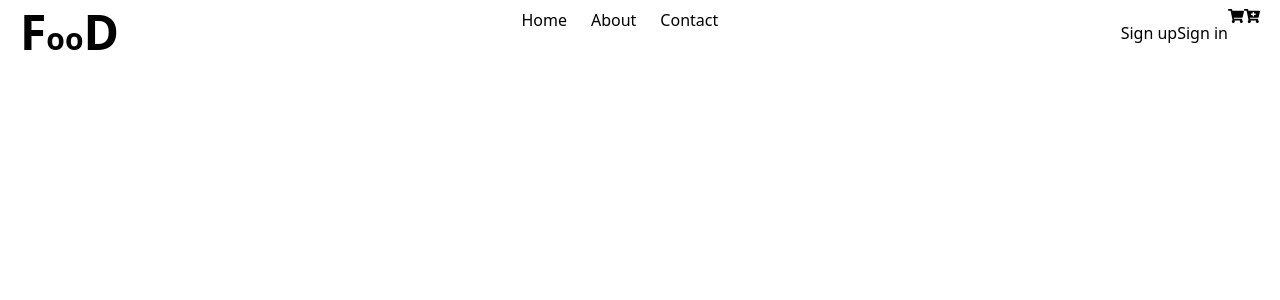
Repository: KhushiCode14/FoodWeb
Page: /
These files come from the project's save history. The page is drawn as it stood at one moment and after a run of saves; the edit follows.
The browser window is 1280 px wide. The pictures show the whole page.
The project was rebuilt for these pictures with package versions that can differ from the ones it lists, and the page was loaded fresh each time. Also part of the build but not shown: src/App.css, src/components/Home/SignUp.tsx, src/components/Home/SignIn.tsx.

Above is the page before, as saved 2024-09-18 21:06:15.

### src/App.tsx
import { Route, BrowserRouter as Router, Routes ,  } from 'react-router-dom';
import './App.css';
import Navbar from './Pages/Navbar';
import Home from './Pages/Home';
import SignUp from './components/Home/SignUp';
import SignIn from './components/Home/SignIn';

function App() {
  return (
    <div className="App">
      <Router>
        <Navbar/>
      <Routes>
        <Route  path="/" element={<Home/>} />
        <Route  path="/signUp" element={<SignUp/>} />
        <Route  path="/signIn" element={<SignIn/>} />
        {/* <Route  path="/about" element={About} />
        <Route  path="/contact" element={Contact} /> */}
        </Routes>
      </Router>

    </div>
  );
}

export default App;

### src/Pages/Navbar.tsx
import { NavLink } from "react-router-dom"
import { Link } from "react-router-dom"
import { FaShoppingCart } from "react-icons/fa";
import { FaCartPlus } from "react-icons/fa";
interface nav {
  to: string,
  linkName: string

}
const Navbar: React.FC = () => {
  const navLink: nav[] = [
    { to: "/", linkName: "Home" },
    { to: "/about", linkName: "About" },
    { to: "/contact", linkName: "Contact" },
    // Add more links as needed
  ]
  return (
    <div className="mx-5  mt-2 flex justify-between">
      <div className="font-bold text-3xl"><h1><span className=" text-5xl">F</span>oo<span className=" text-5xl">D</span></h1></div>
      <div>
        {
          navLink.map((link, index) => (
            <Link key={index} to={link.to} className="mx-3 hover:text-gray-800">
              {link.linkName}
            </Link>
          ))
        }
      </div>
      <div className="flex justify-center">
        <button><NavLink to="/signUp">Sign up</NavLink></button>
        <button><NavLink to="/signIn">Sign in</NavLink></button>
      <div >
      <FaShoppingCart />  </div>

      <div>
      < FaCartPlus/> </div>

      </div>
    </div>
  )
}

export default Navbar

Loaded but not shown: public/index.html (common file); src/index.tsx (common file); src/index.css (common file); src/reportWebVitals.ts (common file); src/Pages/Home.tsx (common file); tailwind.config.js (common file)

After the next 4 saves:
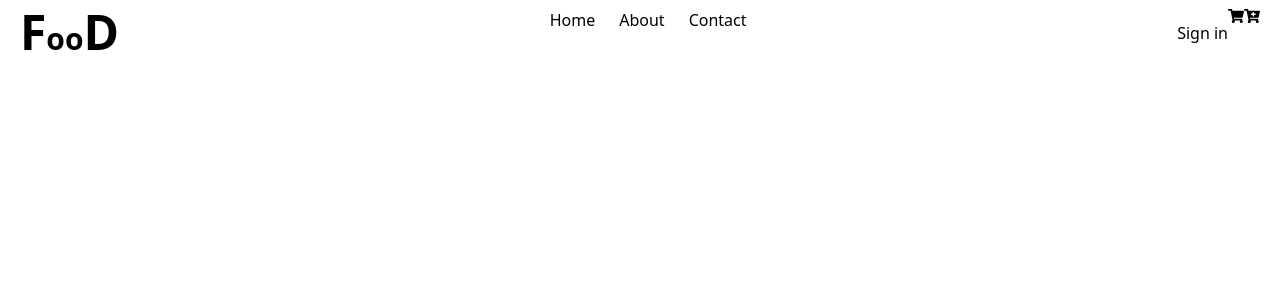
The 4 saves are shown as one change because 3 did not build or start.
The last was saved 5 min 45 s later.
--- a/src/Pages/Navbar.tsx
+++ b/src/Pages/Navbar.tsx
@@ -2,18 +2,23 @@ import { NavLink } from "react-router-dom"
 import { Link } from "react-router-dom"
 import { FaShoppingCart } from "react-icons/fa";
 import { FaCartPlus } from "react-icons/fa";
+import { useState } from "react";
 interface nav {
   to: string,
   linkName: string
 
 }
 const Navbar: React.FC = () => {
+  const [sign, setSign] = useState();
   const navLink: nav[] = [
     { to: "/", linkName: "Home" },
     { to: "/about", linkName: "About" },
     { to: "/contact", linkName: "Contact" },
     // Add more links as needed
   ]
+const changeSign =()=>{
+  setSign()
+}
   return (
     <div className="mx-5  mt-2 flex justify-between">
       <div className="font-bold text-3xl"><h1><span className=" text-5xl">F</span>oo<span className=" text-5xl">D</span></h1></div>
@@ -27,7 +32,7 @@ const Navbar: React.FC = () => {
         }
       </div>
       <div className="flex justify-center">
-        <button><NavLink to="/signUp">Sign up</NavLink></button>
+        <button><NavLink to="/signUp" onClick={changeSign}>{changeSign}</NavLink></button>
         <button><NavLink to="/signIn">Sign in</NavLink></button>
       <div >
       <FaShoppingCart />  </div>
